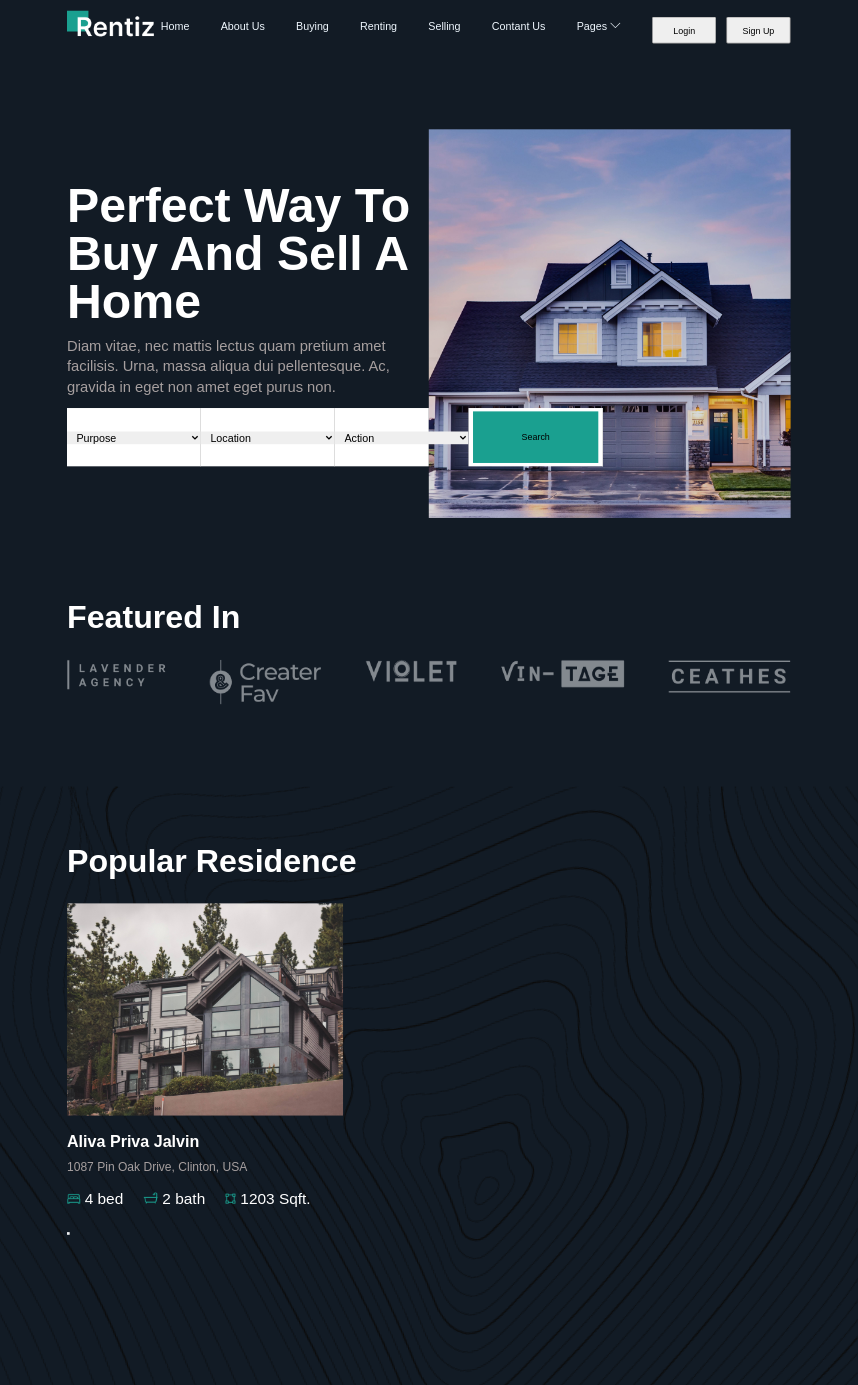
Repository: tung1233hhhhhhhhhhhhh/WebClone-Home
Page: index.html
The author's editor kept a copy of each file at every save. The page is drawn from the files as they stood at one save, then again after the next save.
The browser window is 1280 px wide. The pictures show the whole page, at 67% of full size.

Above is the page before, as saved 2023-05-23 21:01:23.

After the next save:
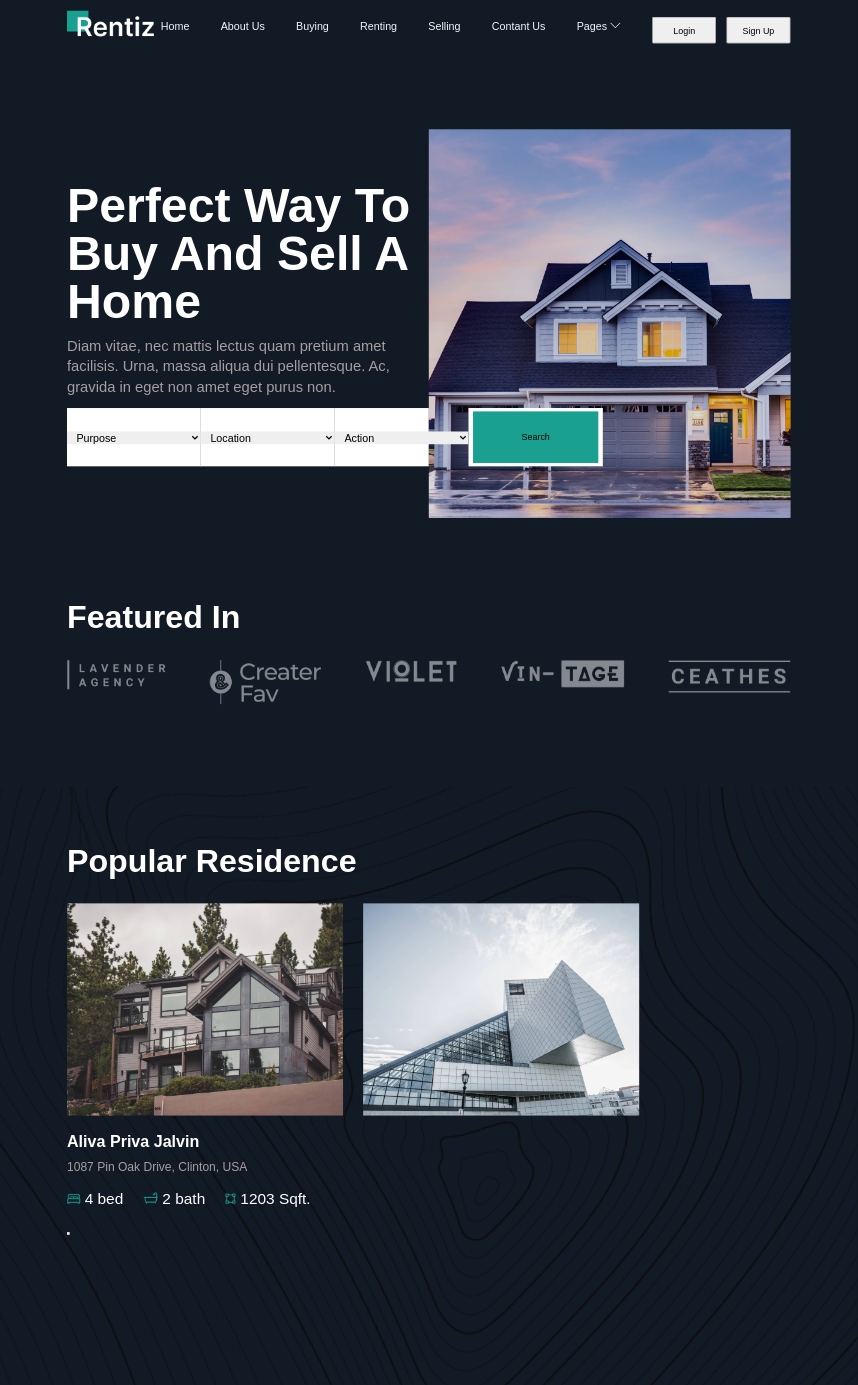
Saved 40 s later.
--- a/index.html
+++ b/index.html
@@ -147,7 +147,7 @@
 
                     <div class="box-slide">
                         <div class="card">
-                            <img src="" alt="">
+                            <img src="./assets/img/lance-anderson-QdAAasrZhdk-unsplash.png" alt="">
                             <div class="card-text"></div>
                         </div>
                     </div>
